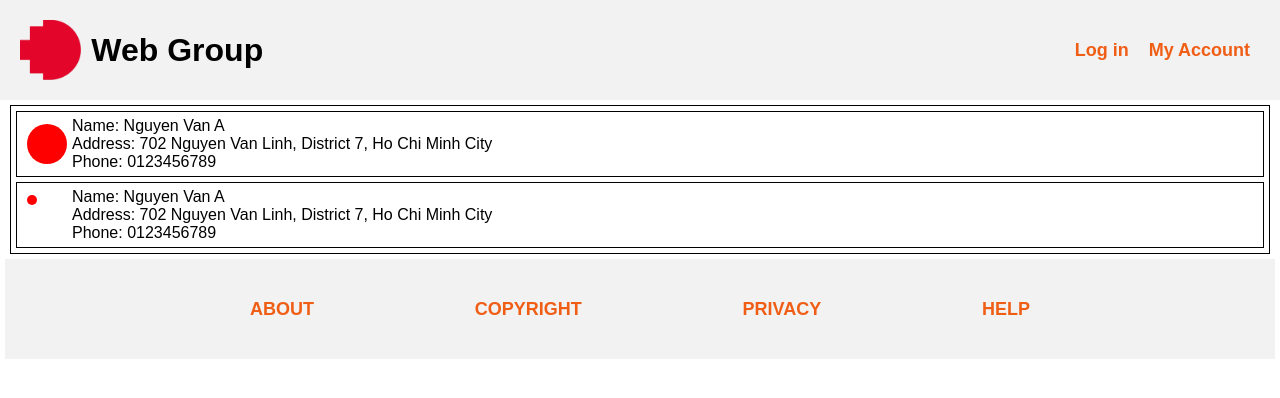
Repository: quynguyn/shoopingweb
Page: shipper.html
The author's editor kept a copy of each file at every save. The page is drawn from the files as they stood at one save, then again after a run of saves.
The browser window is 1280 px wide. The pictures show the whole page.

Above is the page before, as saved 2023-05-04 17:21:49.

### shipper.html
<!DOCTYPE html>
<html lang="en">

<head>
	<meta charset="UTF-8">
	<meta http-equiv="X-UA-Compatible" content="IE=edge">
	<meta name="viewport" content="width=device-width, initial-scale=1.0">
	<title>Shipper</title>
	<link rel="stylesheet" href="Asset/CSS/style.css">
	<link rel="stylesheet" href="Asset/CSS/shipper.css">
	<script src="Asset/JS/shipper.js"></script>
</head>

<body>
	<!-- Header of the page -->
	<header>
		<div class="logo">
			<img src="logo.png" alt="Web Group Logo">
			<h1>Web Group</h1>
		</div>
		<nav>
			<ul>
				<li><a href="#">Log in</a></li>
				<li><a href="#">My Account</a></li>
			</ul>
		</nav>
	</header>
	<div class="main-container">
		<div class="orders-container">
			<div class="order" onclick="popupFunction(event)">
				<div class="activity">
					<svg height="50" width="50">
						<circle cx="25" cy="25" r="20" fill="red" />
					</svg>
				</div>

				<div class="information-container">
					<div class="information">
						<pre>Name: </pre>
						<p class="name">Nguyen Van A</p>
					</div>

					<div class="information">
						<pre>Address: </pre>
						<p class="name">702 Nguyen Van Linh, District 7, Ho Chi Minh City</p>
					</div>

					<div class="information">
						<pre>Phone: </pre>
						<p class="name">0123456789</p>
					</div>
				</div>

				<div class="popupText">

				</div>
			</div>

			<div class="order"  onclick="popupFunction(event)">
				<div class="activity">
					<svg height="15" width="15">
						<circle cx="10" cy="10" r="5" fill="red" />
					</svg>
				</div>

				<div class="information-container">
					<div class="information">
						<pre>Name: </pre>
						<p class="name">Nguyen Van A</p>
					</div>

					<div class="information">
						<pre>Address: </pre>
						<p class="name">702 Nguyen Van Linh, District 7, Ho Chi Minh City</p>
					</div>

					<div class="information">
						<pre>Phone: </pre>
						<p class="name">0123456789</p>
					</div>
				</div>

				<div class="popupText">That's what I'm talking about!</div>
			</div>

			<div id="info-popup" onclick="closeModal(event)">
				<div class="body"></div>
			</div>
		</div>
		<!-- Footer of the page -->
		<footer>
			<div class="footer-links">
				<a href="#">About</a>
				<a href="#">Copyright</a>
				<a href="#">Privacy</a>
				<a href="#">Help</a>
			</div>
		</footer>

</body>

</html>

### Asset/CSS/style.css
/* Reset CSS */
:root {
    --main-color: #F58216;
    --primary-color: #ffb347;
    --secondary-color: #f05e16;
    --white-color: #f2f2f2;
    /* change the name */
}

/* Reset CSS  */
* {
    padding: 0;
    margin: 0;
    box-sizing: border-box;
    text-decoration: none;
    font-family: Arial, Helvetica, sans-serif;
}

/* Header CSS */
header {
    height: 100px;
    background-color:var(--white-color);
    display: flex;
    justify-content: space-between;
    align-items: center;
    padding: 0 20px;
  }

  .logo {
    display: flex;
    align-items: center;
  }

  .logo img {
    height: 60px;
    margin-right: 10px;
  }

  nav ul {
    display: flex;
    list-style: none;
    margin: 0;
    padding: 0;


  }

  nav ul li {
    margin: 0 10px;
  }

  nav ul li a {
    text-decoration: none;
    font-size: 18px;
    font-weight: bold;
    color: var(--secondary-color);
  }

  /* Footer css */
  footer {
    height: 100px;
    background-color: var(--white-color);
    display: flex;
    justify-content: center;
    align-items: center;
    color: var(--white-color);
  }

  footer div {
    display: flex;
    justify-content: space-between;
    width: 80%;
    max-width: 800px;
  }

  footer div a {
    color: var(--secondary-color);
    text-decoration: none;
    margin: 0 10px;
    text-transform: uppercase;
    font-weight: bold;
    font-size: large;
  }

### Asset/CSS/shipper.css
.main-container {
	margin: 5px;
}

.orders-container {
	margin: 5px;
	border: 1px solid black;
}

.order {
	margin: 5px;
	border: 1px solid black;
	padding: 5px;
	display: flex;
	flex-direction: row;
	align-items: center;
}

.activity {
	width: 50px;
	height: 50px;
}

.information {
	display: flex;
	flex-direction: row;
	align-items: center;
}

#info-popup {
	z-index: 1;
	display: none;
	position: fixed;
	top: 0;
	left: 0;
	width: 100vw;
	height: 100vh;
}

#info-popup .body {
	width: 400px;
	background: #F7BE6D;
	border: 1px solid #F05E16;
	padding: 15px 25px;
}

.info-popup-data {
	display: flex !important;
	justify-content: center;
	align-items: center;
	background: rgba(0, 0, 0, 0.7);
}

.popupText {
	display: none;
}

### Asset/JS/shipper.js
const $ = document.querySelector.bind(document);
const mdl = $('#info-popup');

function popupFunction(e) {
  const targ = e.target;
  const prnt = targ.closest('div.order');
  const chldn = prnt.childNodes;
  console.log(chldn);
  const txt = [...chldn].filter((d) => d.className === 'popupText');
  const msg = txt[0].innerText;
  $('#info-popup .body').innerText = msg;
  $('#info-popup').classList.add('info-popup-data');
}
function closeModal(e){
  e.target.classList.remove('info-popup-data');
}

After the next 2 saves:
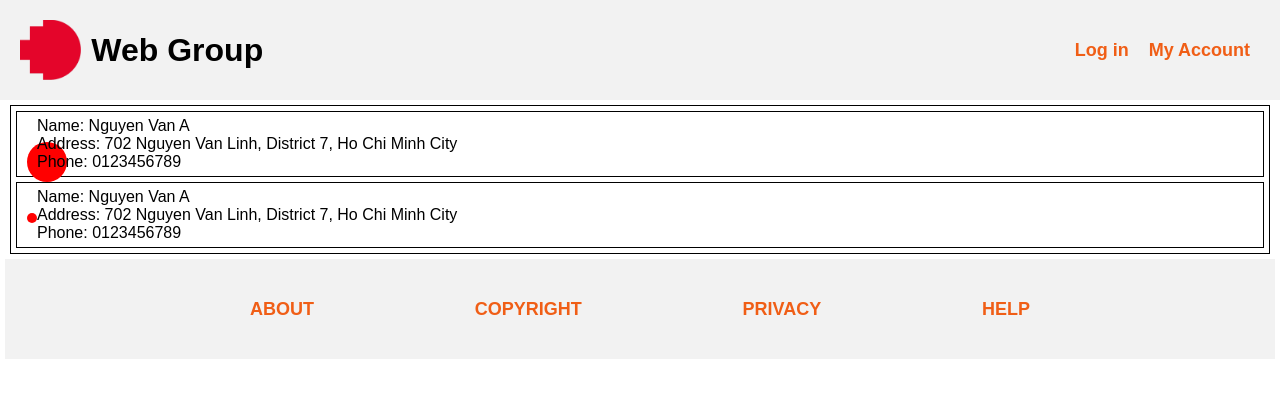
The 2 saves are shown as one change because they came seconds apart.
The last was saved 18 s later.
--- a/Asset/CSS/shipper.css
+++ b/Asset/CSS/shipper.css
@@ -17,8 +17,8 @@
 }
 
 .activity {
-	width: 50px;
-	height: 50px;
+	width: 15px;
+	height: 15px;
 }
 
 .information {
